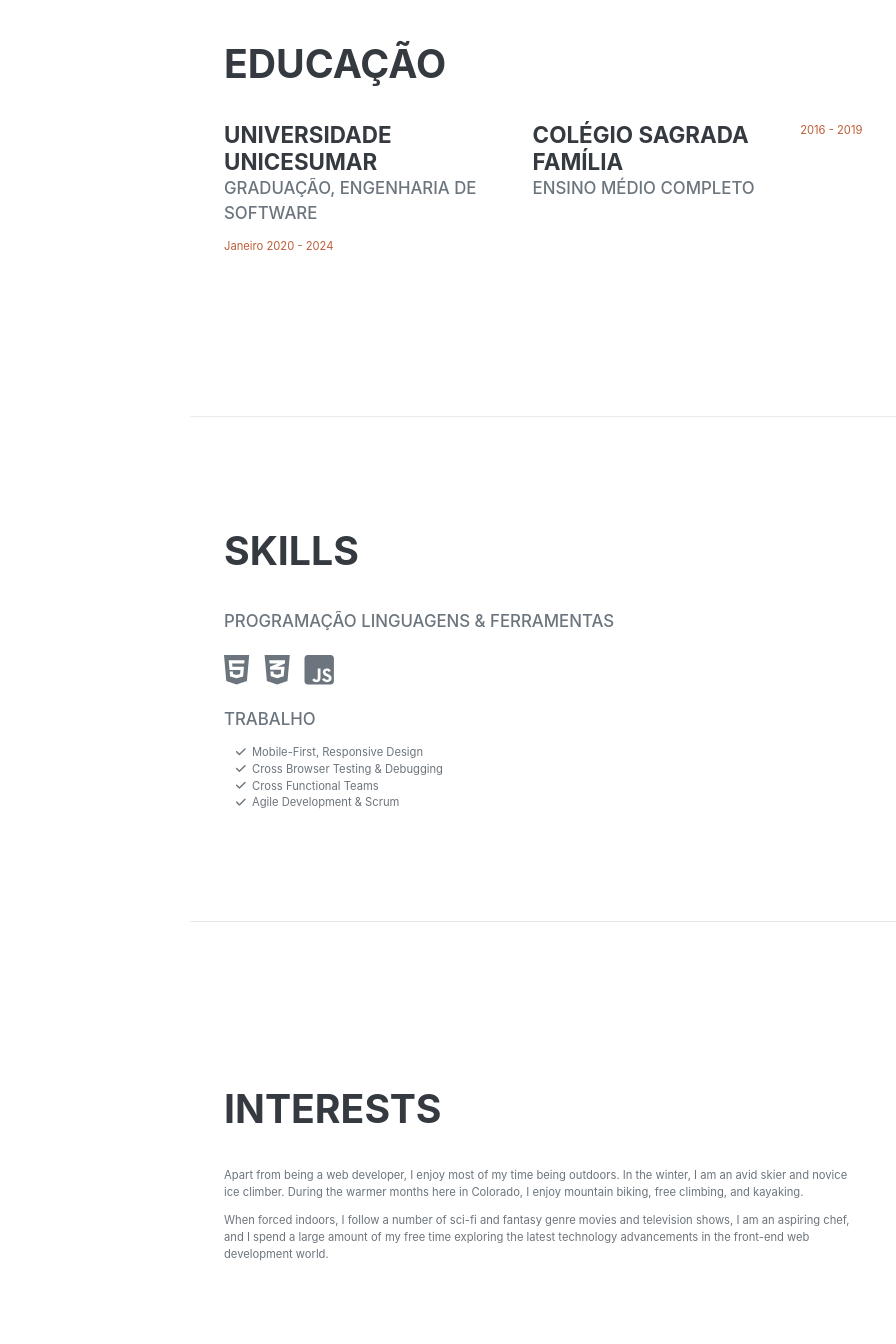
Repository: JuniorRoth/Curriculo-Web
Page: public/index.html
An editor plug-in stored every save of this project. The page is shown before and after the next save, followed by the edit.
The browser window is 1280 px wide. The pictures show the part of the page from y = 1567 to 3487 px (the page is 4325 px tall), at 70% of full size.
Some web fonts or font styles are not loaded; a fallback is used. Some web libraries are served in a nearby version.

Above is the page before, as saved 2023-02-08 09:29:33.

### public/index.html
<!DOCTYPE html>
<html lang="pt-br">
    <head>
        <meta charset="utf-8" />
        <meta name="viewport" content="width=device-width, initial-scale=1, shrink-to-fit=no" />
        <meta name="description" content="" />
        <meta name="author" content="Ilson Fernando Roth Junior" />
        <title>Currículo Ilson Roth</title>
        <link rel="icon" type="image/x-icon" href="assets/img/favicon.ico" />
        <!-- Font Awesome icons (free version)-->
        <script src="https://use.fontawesome.com/releases/v6.1.0/js/all.js" crossorigin="anonymous"></script>
        <!-- Google fonts-->
        <link href="https://fonts.googleapis.com/css?family=Saira+Extra+Condensed:500,700" rel="stylesheet" type="text/css" />
        <link href="https://fonts.googleapis.com/css?family=Muli:400,400i,800,800i" rel="stylesheet" type="text/css" />
        <!-- Core theme CSS (includes Bootstrap)-->
        <link href="css/styles.css" rel="stylesheet" />
    </head>
    <body id="page-top">
        <!-- Navigation-->
        <nav class="navbar navbar-expand-lg navbar-dark bg-primary fixed-top" id="sideNav">
            <a class="navbar-brand js-scroll-trigger" href="#page-top">
                <span class="d-block d-lg-none">Ilson Fernando Roth Junior</span>
                <span class="d-none d-lg-block"><img class="img-fluid img-profile rounded-circle mx-auto mb-2" src="assets/img/profile.jpg" alt="..." /></span>
            </a>
            <button class="navbar-toggler" type="button" data-bs-toggle="collapse" data-bs-target="#navbarResponsive" aria-controls="navbarResponsive" aria-expanded="false" aria-label="Toggle navigation"><span class="navbar-toggler-icon"></span></button>
            <div class="collapse navbar-collapse" id="navbarResponsive">
                <ul class="navbar-nav">
                    <li class="nav-item"><a class="nav-link js-scroll-trigger" href="#about">Sobre</a></li>
                    <li class="nav-item"><a class="nav-link js-scroll-trigger" href="#experience">Experiências</a></li>
                    <li class="nav-item"><a class="nav-link js-scroll-trigger" href="#education">Educação</a></li>
                    <li class="nav-item"><a class="nav-link js-scroll-trigger" href="#skills">Skills</a></li>
                    <li class="nav-item"><a class="nav-link js-scroll-trigger" href="#interests">Interesses</a></li>
                    <li class="nav-item"><a class="nav-link js-scroll-trigger" href="#awards">Certificados</a></li>
                </ul>
            </div>
        </nav>
        <!-- Page Content-->
        <div class="container-fluid p-0">
            <!-- About-->
            <section class="resume-section" id="about">
                <div class="resume-section-content">
                    <h1 class="mb-0">
                        Ilson
                        <span class="text-primary">Roth</span>
                    </h1>
                    <div class="subheading mb-5">
                        Rua Alberto Blum 490 · Ipiranga, PR 84450-000 · (42) 99835-8380 ·
                        <a href="mailto:rothilson@gmail.com">rothilson@gmail.com</a>
                    </div>
                    <p class="lead mb-5">Acredito que a busca por conhecimento e melhoria contínua deve fazer parte do nosso dia-a-dia, para nos transformar em profissionais e principalmente pessoas melhores. Tenho imenso prazer em trabalhar em equipe, acredito que cada pessoa contribui com suas próprias experiências, e o trabalho fica em melhor harmonia trabalhando em conjunto. Tenho convicção que a tecnologia quando bem aplicada pode e irá transformar o mundo para melhor.</p>
                    <div class="social-icons">
                        <a class="social-icon" href="https://www.linkedin.com/in/juninho-roth-bb1896225/"><i class="fab fa-linkedin-in"></i></a>
                        <a class="social-icon" href="https://github.com/JuniorRoth"><i class="fab fa-github"></i></a>
                        <a class="social-icon" href="https://www.instagram.com/roth_juninho/?next=%2F"><i class="fab fa-instagram"></i></a>
                    </div>
                </div>
            </section>
            <hr class="m-0" />
            <!-- Experience-->
            <section class="resume-section" id="experience">
                <div class="resume-section-content">
                    <h2 class="mb-5">Experiências</h2>
                    <div class="d-flex flex-column flex-md-row justify-content-between mb-5">
                        <div class="flex-grow-1">
                            <h3 class="mb-0">Funcionário de Advocacia</h3>
                            <div class="subheading mb-3">Macedo & Watanabe/Advogados associados</div>
                            <p>Planejar e organizar planilhas dos clientes, receber pagamentos, manutenção do sistema.</p>
                        </div>
                        <div class="flex-shrink-0"><span class="text-primary">Janeiro 2020 - 2021</span></div>
                    </div>
                </div>
            </section>
            <hr class="m-0" />
            <!-- Education-->
            <section class="resume-section" id="education">
                <div class="resume-section-content">
                    <h2 class="mb-5">Educação</h2>
                    <div class="d-flex flex-column flex-md-row justify-content-between mb-5">
                        <div class="flex-grow-1">
                            <h3 class="mb-0">Universidade Unicesumar</h3>
                            <div class="subheading mb-3">Graduação, Engenharia de Software</div>
                        <div class="flex-shrink-0"><span class="text-primary">Janeiro 2020 - 2024</span></div>
                    </div>
                    <div class="d-flex flex-column flex-md-row justify-content-between">
                        <div class="flex-grow-1">
                            <h3 class="mb-0">Colégio Sagrada Família</h3>
                            <div class="subheading mb-3">Ensino Médio Completo</div>
                        </div>
                        <div class="flex-shrink-0"><span class="text-primary">2016 - 2019</span></div>
                    </div>
                </div>
            </section>
            <hr class="m-0" />
            <!-- Skills-->
            <section class="resume-section" id="skills">
                <div class="resume-section-content">
                    <h2 class="mb-5">Skills</h2>
                    <div class="subheading mb-3">Programação Linguagens & Ferramentas</div>
                    <ul class="list-inline dev-icons">
                        <li class="list-inline-item"><i class="fab fa-html5"></i></li>
                        <li class="list-inline-item"><i class="fab fa-css3-alt"></i></li>
                        <li class="list-inline-item"><i class="fab fa-js-square"></i></li>
                    </ul>
                    <div class="subheading mb-3">Trabalho</div>
                    <ul class="fa-ul mb-0">
                        <li>
                            <span class="fa-li"><i class="fas fa-check"></i></span>
                            Mobile-First, Responsive Design
                        </li>
                        <li>
                            <span class="fa-li"><i class="fas fa-check"></i></span>
                            Cross Browser Testing & Debugging
                        </li>
                        <li>
                            <span class="fa-li"><i class="fas fa-check"></i></span>
                            Cross Functional Teams
                        </li>
                        <li>
                            <span class="fa-li"><i class="fas fa-check"></i></span>
                            Agile Development & Scrum
                        </li>
                    </ul>
                </div>
            </section>
            <hr class="m-0" />
            <!-- Interests-->
            <section class="resume-section" id="interests">
                <div class="resume-section-content">
                    <h2 class="mb-5">Interests</h2>
                    <p>Apart from being a web developer, I enjoy most of my time being outdoors. In the winter, I am an avid skier and novice ice climber. During the warmer months here in Colorado, I enjoy mountain biking, free climbing, and kayaking.</p>
                    <p class="mb-0">When forced indoors, I follow a number of sci-fi and fantasy genre movies and television shows, I am an aspiring chef, and I spend a large amount of my free time exploring the latest technology advancements in the front-end web development world.</p>
                </div>
            </section>
            <hr class="m-0" />
            <!-- Awards-->
            <section class="resume-section" id="awards">
                <div class="resume-section-content">
                    <h2 class="mb-5">Awards & Certifications</h2>
                    <ul class="fa-ul mb-0">
                        <li>
                            <span class="fa-li"><i class="fas fa-trophy text-warning"></i></span>
                            Google Analytics Certified Developer
                        </li>
                        <li>
                            <span class="fa-li"><i class="fas fa-trophy text-warning"></i></span>
                            Mobile Web Specialist - Google Certification
                        </li>
                        <li>
                            <span class="fa-li"><i class="fas fa-trophy text-warning"></i></span>
                            1
                            <sup>st</sup>
                            Place - University of Colorado Boulder - Emerging Tech Competition 2009
                        </li>
                        <li>
                            <span class="fa-li"><i class="fas fa-trophy text-warning"></i></span>
                            1
                            <sup>st</sup>
                            Place - University of Colorado Boulder - Adobe Creative Jam 2008 (UI Design Category)
                        </li>
                        <li>
                            <span class="fa-li"><i class="fas fa-trophy text-warning"></i></span>
                            2
                            <sup>nd</sup>
                            Place - University of Colorado Boulder - Emerging Tech Competition 2008
                        </li>
                        <li>
                            <span class="fa-li"><i class="fas fa-trophy text-warning"></i></span>
                            1
                            <sup>st</sup>
                            Place - James Buchanan High School - Hackathon 2006
                        </li>
                        <li>
                            <span class="fa-li"><i class="fas fa-trophy text-warning"></i></span>
                            3
                            <sup>rd</sup>
                            Place - James Buchanan High School - Hackathon 2005
                        </li>
                    </ul>
                </div>
            </section>
        </div>
        <!-- Bootstrap core JS-->
        <script src="https://cdn.jsdelivr.net/npm/bootstrap@5.1.3/dist/js/bootstrap.bundle.min.js"></script>
        <!-- Core theme JS-->
        <script src="js/scripts.js"></script>
    </body>
</html>

### public/js/scripts.js
/*!
* Start Bootstrap - Resume v7.0.5 (https://startbootstrap.com/theme/resume)
* Copyright 2013-2022 Start Bootstrap
* Licensed under MIT (https://github.com/StartBootstrap/startbootstrap-resume/blob/master/LICENSE)
*/
//
// Scripts
//

window.addEventListener('DOMContentLoaded', event => {

    // Activate Bootstrap scrollspy on the main nav element
    const sideNav = document.body.querySelector('#sideNav');
    if (sideNav) {
        new bootstrap.ScrollSpy(document.body, {
            target: '#sideNav',
            offset: 74,
        });
    };

    // Collapse responsive navbar when toggler is visible
    const navbarToggler = document.body.querySelector('.navbar-toggler');
    const responsiveNavItems = [].slice.call(
        document.querySelectorAll('#navbarResponsive .nav-link')
    );
    responsiveNavItems.map(function (responsiveNavItem) {
        responsiveNavItem.addEventListener('click', () => {
            if (window.getComputedStyle(navbarToggler).display !== 'none') {
                navbarToggler.click();
            }
        });
    });

});

Loaded but not shown: public/css/styles.css (library)

After the next save:
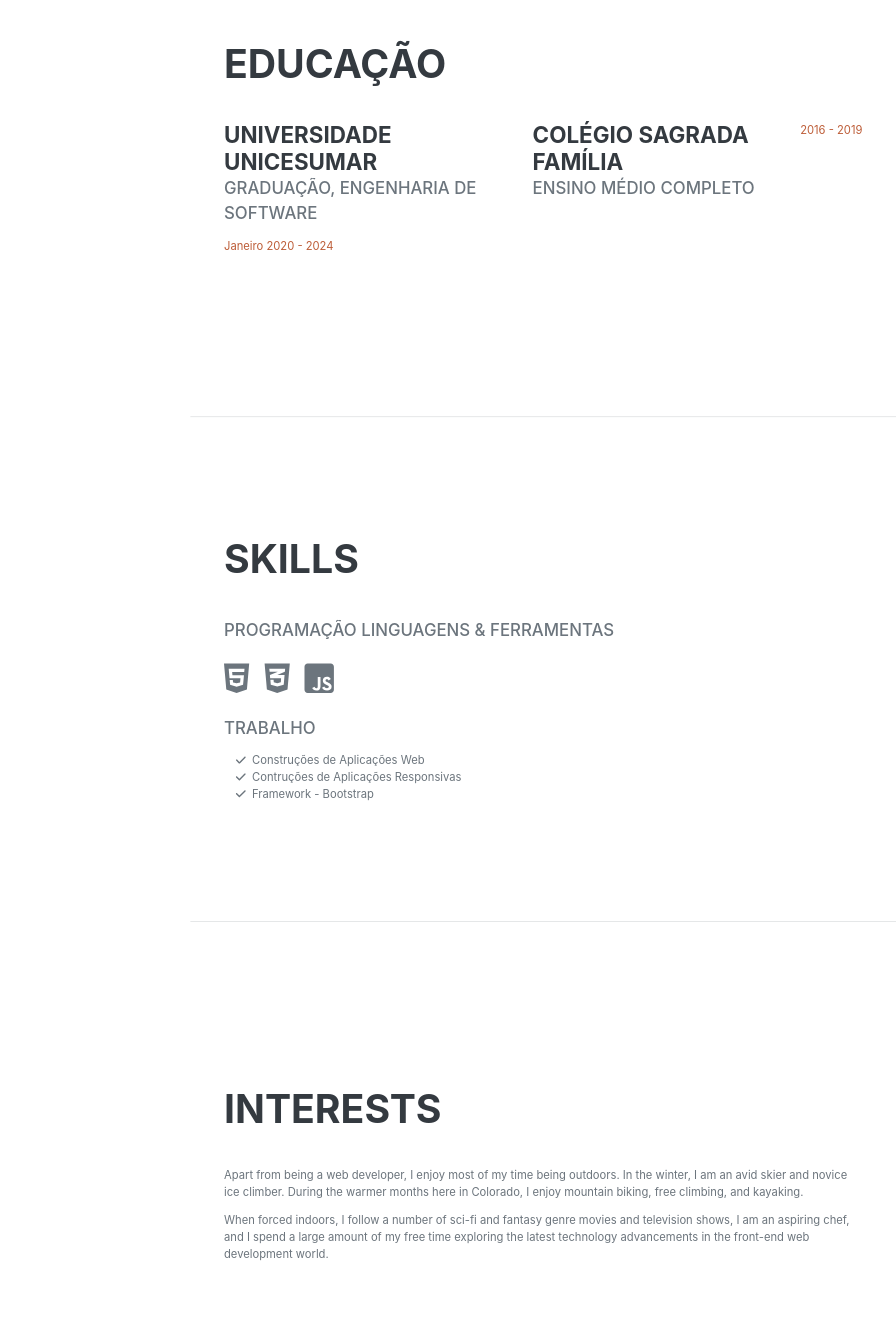
Saved 2 min 35 s later.
--- a/public/index.html
+++ b/public/index.html
@@ -105,19 +105,15 @@
                     <ul class="fa-ul mb-0">
                         <li>
                             <span class="fa-li"><i class="fas fa-check"></i></span>
-                            Mobile-First, Responsive Design
+                            Construções de Aplicações Web
                         </li>
                         <li>
                             <span class="fa-li"><i class="fas fa-check"></i></span>
-                            Cross Browser Testing & Debugging
+                            Contruções de Aplicações Responsivas
                         </li>
                         <li>
                             <span class="fa-li"><i class="fas fa-check"></i></span>
-                            Cross Functional Teams
-                        </li>
-                        <li>
-                            <span class="fa-li"><i class="fas fa-check"></i></span>
-                            Agile Development & Scrum
+                            Framework - Bootstrap
                         </li>
                     </ul>
                 </div>
